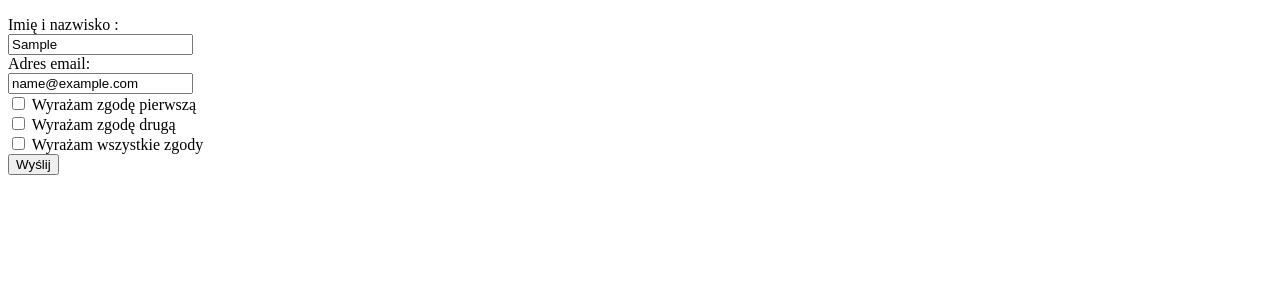
Repository: magdaf41/JavaScript
Page: JS DOM zadanie_5/index.html
The author's editor kept a copy of each file at every save. The page is drawn from the files as they stood at one save, then again after the next save.
The browser window is 1280 px wide. The pictures show the whole page.
Empty fields were first filled with sample values (such as "Sample", 5 or name@example.com).
After loading, the first visible `#newsletter-form` was submitted once.

Above is the page before, as saved 2020-09-06 17:37:28.

### JS DOM zadanie_5/index.html
<!DOCTYPE html>
<html lang="en">

<head>
    <meta charset="UTF-8">
    <meta name="viewport" content="width=device-width, initial-scale=1.0">
    <title>Warsztat 3 - Walidacja formularza</title>
    <link rel="stylesheet" href="css/style.css">
</head>

<body>
    <form id="newsletter-form" action="">

        <ul id="errors"></ul>
        <label for="name">Imię  i nazwisko : </label><br>
        <input type="text" name="name" id="name" placeholder="Jan Nowak"><br>
        <label for="email">Adres email:  </label><br>
        <input type="email" name="email" id="email" placeholder="jan@nowak.pl"><br>


        <input type="checkbox" name="accept_1" id="accept_1">
        <label for="accept_1">Wyrażam zgodę pierwszą</label><br>
        <input type="checkbox" name="accept_2" id="accept_2">
        <label for="accept_2">Wyrażam zgodę drugą</label><br>
        <input type="checkbox" name="allAccept" id="allAccept">
        <label for="allAccept">Wyrażam wszystkie zgody</label><br>

         <button type="submit" id="send">Wyślij</button>
    </form>


    <script src="js/script.js"></script>
</body>

</html>

### JS DOM zadanie_5/js/script.js
let form = document.getElementById('newsletter-form');
let allAcceptChx = document.getElementById('allAccept');


const validate = (event) => {

    let txtName = document.getElementById('name')
    let txtEmail = document.getElementById('email');
    let accept1 = document.getElementById('accept_1');
    let errors = document.getElementById('errors');

    errors.innerHTML = "";

    if(txtName.value.trim() === "")  {
        let liError = document.createElement('li')
        liError.innerText = "Wpisz imię i nazwisko!"

        errors.appendChild(liError);
    }

    if(!txtEmail.value.includes('@')) {
        let liError = document.createElement('li')
        liError.innerText = "Adres email musi zawierać znak @"

        errors.appendChild(liError);
    }

    if(txtEmail.value.trim() === "") {
        let liError = document.createElement('li')
        liError.innerText = "Wpisz adres email!"

        errors.appendChild(liError);
    }

    event.preventDefault();
    console.log(`validate()`);
}

const allAccept = (event) => {
    let accept1 = document.getElementById('accept_1');
    let accept2 = document.getElementById('accept_2');

    accept1.checked = event.target.checked;
    accept2.checked = event.target.checked;
    // console.log(event.target.checked);
    accept1.disabled = event.target.checked;
    accept2.disabled = event.target.checked;
}



form.addEventListener('submit', validate);
allAcceptChx.addEventListener('change', allAccept);

Loaded but not shown: JS DOM zadanie_5/css/style.css (no stored copy; drawn as an empty file)

After the next save:
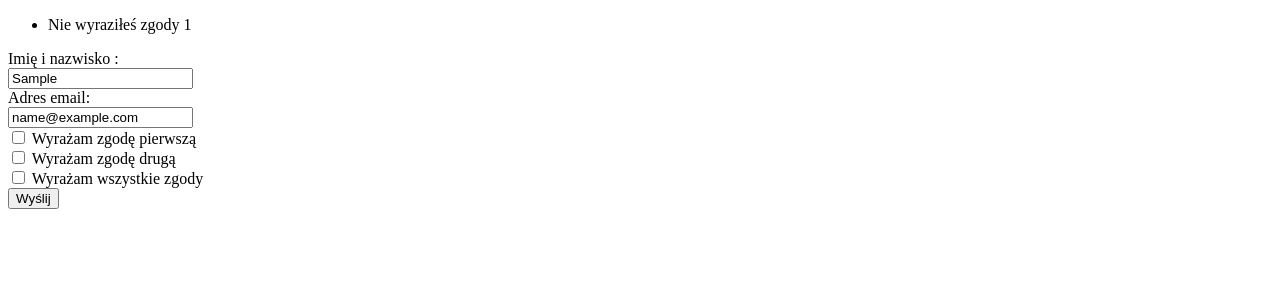
Saved 6 min 18 s later.
--- a/JS DOM zadanie_5/js/script.js
+++ b/JS DOM zadanie_5/js/script.js
@@ -11,29 +11,37 @@ const validate = (event) => {
 
     errors.innerHTML = "";
 
-    if(txtName.value.trim() === "")  {
+    if (txtName.value.trim() === "") {
         let liError = document.createElement('li')
         liError.innerText = "Wpisz imię i nazwisko!"
 
         errors.appendChild(liError);
     }
 
-    if(!txtEmail.value.includes('@')) {
+    if (!txtEmail.value.includes('@')) {
         let liError = document.createElement('li')
         liError.innerText = "Adres email musi zawierać znak @"
 
         errors.appendChild(liError);
     }
 
-    if(txtEmail.value.trim() === "") {
+    if (txtEmail.value.trim() === "") {
         let liError = document.createElement('li')
         liError.innerText = "Wpisz adres email!"
 
         errors.appendChild(liError);
     }
 
+
+    if (!accept1.checked) {
+        let liError = document.createElement('li')
+        liError.innerText = "Nie wyraziłeś zgody 1"
+
+        errors.appendChild(liError);
+    }
+
     event.preventDefault();
-    console.log(`validate()`);
+
 }
 
 const allAccept = (event) => {
